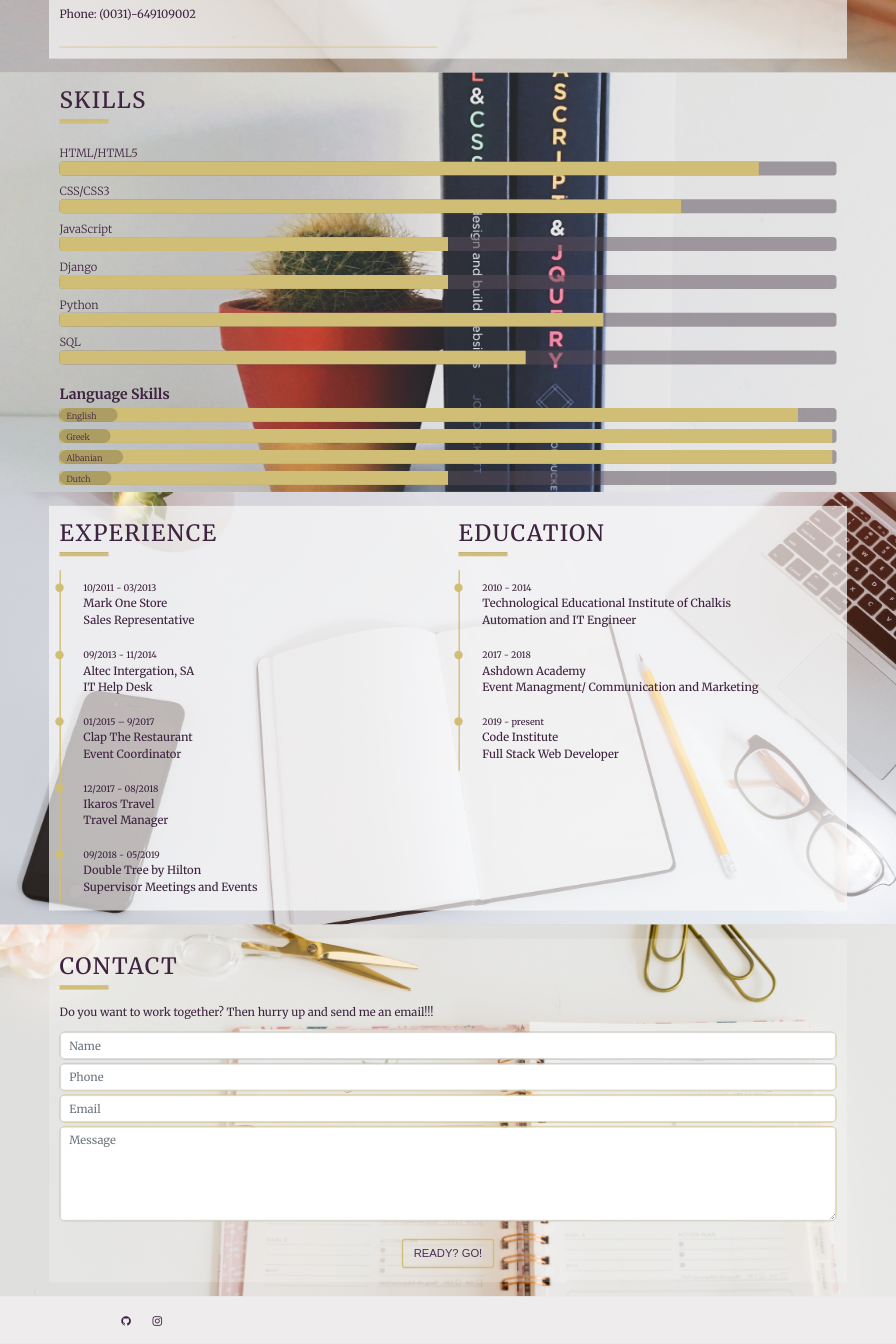
Repository: edshuli/Portfolio
Page: index.html
The author's editor kept a record of every edit. The page is drawn from the files as they stood at one moment, then again after the next edit.
The browser window is 1280 px wide. The pictures show the part of the page from y = 1134 to 3054 px (the page is 3054 px tall), at 70% of full size.
Backgrounds fixed to the window are drawn as part of the page. Some web fonts or font styles are not loaded; a fallback is used.

Above is the page before.

After the next edit:
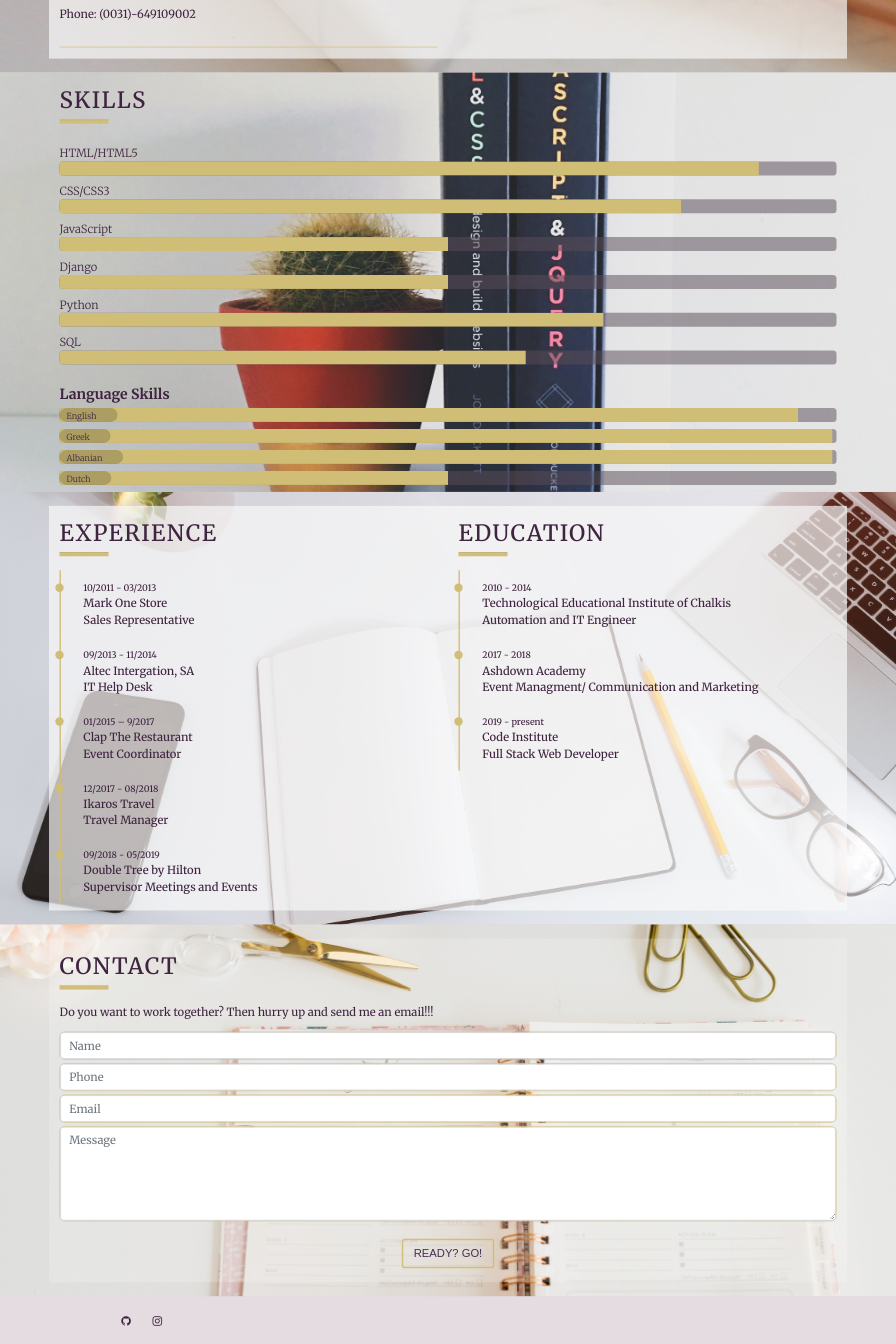
The edit:
--- a/assets/css/style.css
+++ b/assets/css/style.css
@@ -334,7 +334,7 @@
  footer{
 
      margin:0;
-     background-color: rgba(250, 250, 250, 0.69);
+     background-color: rgba(250, 250, 250, 0.28);
      border-color:transparent;
      text-align:center;
      color:#fafafa;
